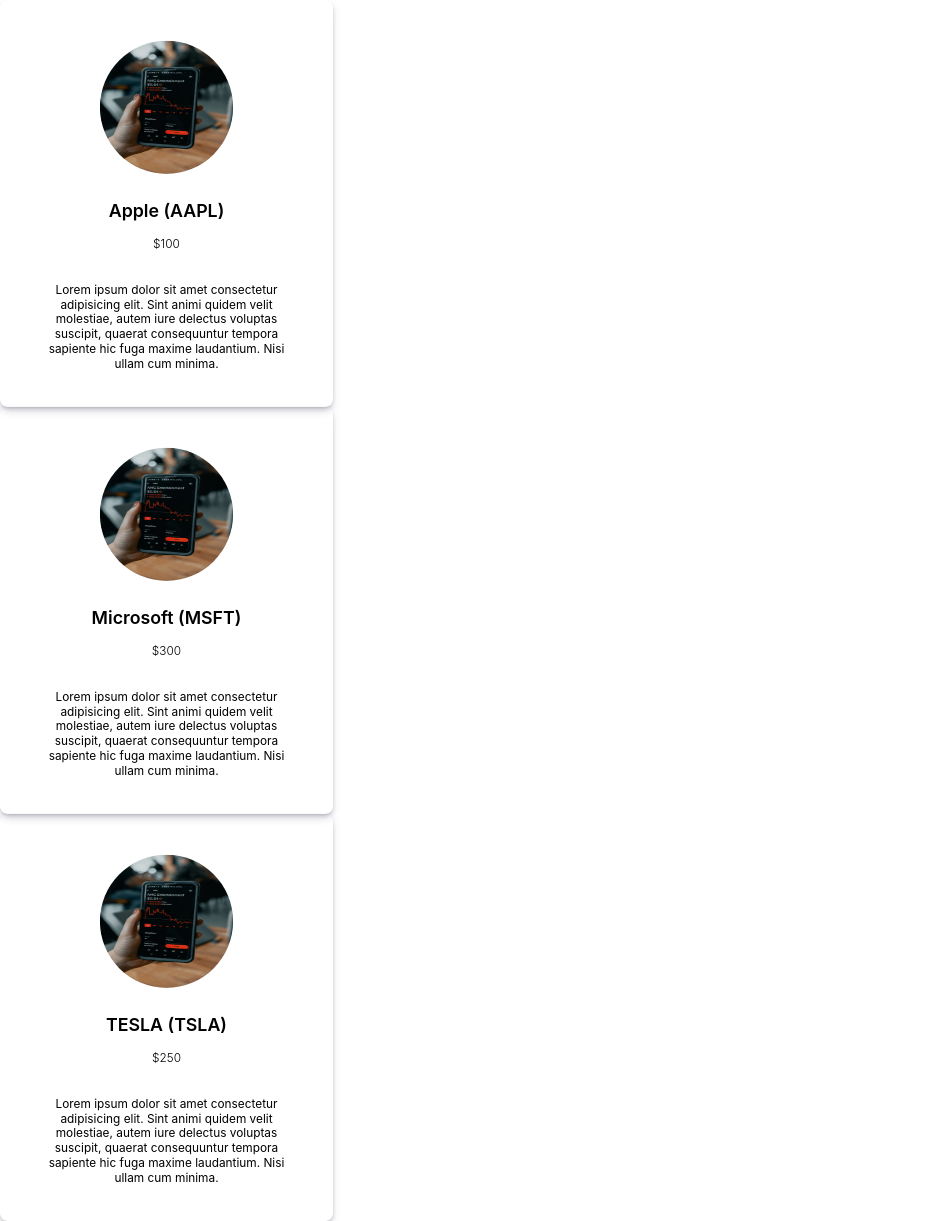
Repository: sinarinzifabrice/TradeTiger
Page: / (app in frontend/)
These files come from the project's save history. The page is drawn as it stood at one moment and after a run of saves; the edit follows.
The browser window is 1280 px wide. The pictures show the whole page, at 74% of full size.
The project was rebuilt for these pictures with package versions that can differ from the ones it lists, and the page was loaded fresh each time.

Above is the page before, as saved 2024-04-03 11:06:08.

After the next 2 saves:
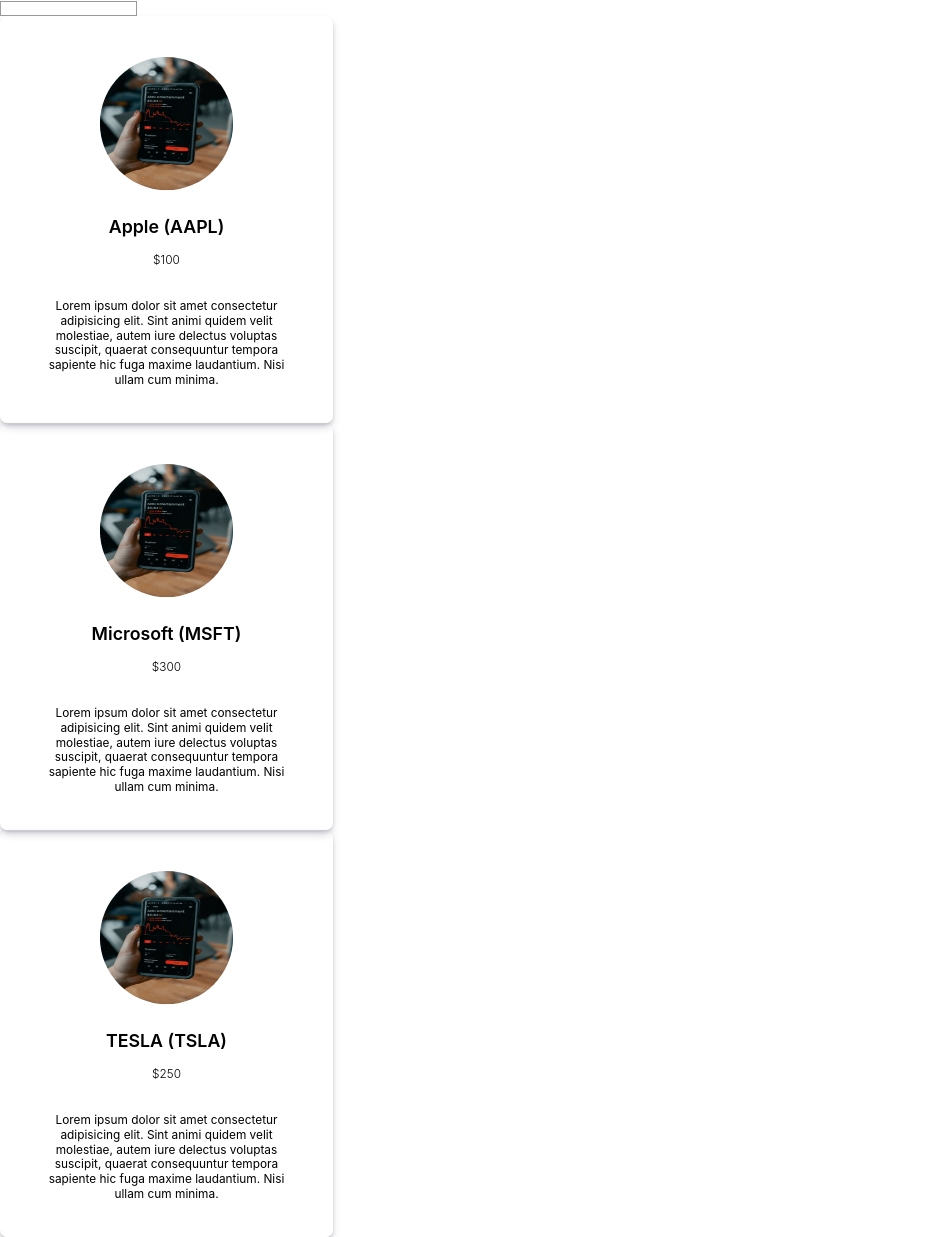
The 2 saves are shown as one change because 1 did not build or start.
The last was saved 47 s later.
--- a/frontend/src/App.tsx
+++ b/frontend/src/App.tsx
@@ -5,20 +5,7 @@
 
 function App() {
 
-  const Search: React.FC<Props> = (props: Props): JSX.Element => {
 
-    // const [search, setsearch] = useState<string>("");
-
-    // const handleChange = (e: ChangeEvent<HTMLInputElement>) => {
-    //     setsearch(e.target.value);
-    //     console.log(e);
-    // }
-
-    // const onclick = (e: SyntheticEvent) => {
-    //     console.log(e);
-    // }
-
-}
 
   return (
     <div className="App">
